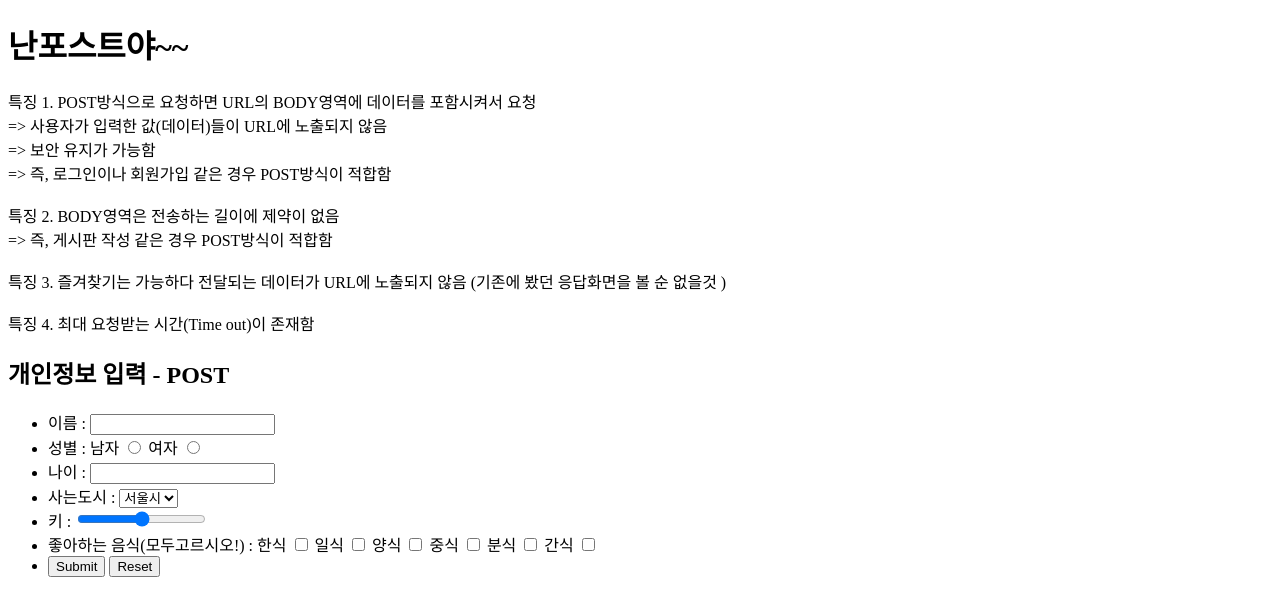
Repository: DonghwanSon1/StudyAndSubwayStore
Page: 1_Servlet/WebContent/view/requestTest_Post.html
An editor plug-in stored every save of this project. The page is shown before and after the next save, followed by the edit.
The browser window is 1280 px wide. The pictures show the whole page.

Above is the page before, as saved 2022-06-02 00:53:02.

After the next save:
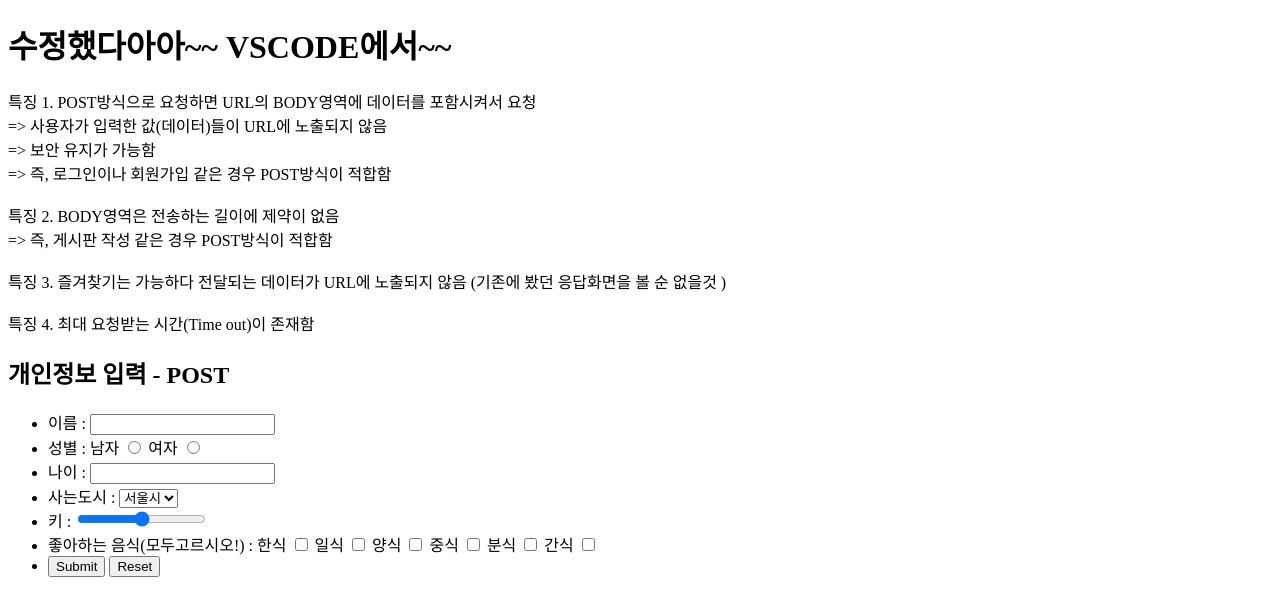
Saved 14 min 8 s later.
--- a/1_Servlet/WebContent/view/requestTest_Post.html
+++ b/1_Servlet/WebContent/view/requestTest_Post.html
@@ -6,7 +6,7 @@
 </head>
 <body>
 
-	<h1>난포스트야~~</h1>
+	<h1>수정했다아아~~ VSCODE에서~~</h1>
 	<p>
 		특징 1. POST방식으로 요청하면 URL의 BODY영역에 데이터를 포함시켜서 요청 <br>
 		=> 사용자가 입력한 값(데이터)들이 URL에 노출되지 않음 <br>
@@ -29,19 +29,19 @@
 	<form action="/1_Servlet/test2.do" method="post">
 		<ul>
 			<li>
-				이름 : <input type="text">
+				이름 : <input type="text" name="name">
 			</li>
 			<li>
 				성별 :
-				남자 <input type="radio" value="M">
-				여자 <input type="radio" value="F">
+				남자 <input type="radio" value="M" name="gender">
+				여자 <input type="radio" value="F" name="gneder">
 			</li>
 			<li>
-				나이 : <input type="number">
+				나이 : <input type="number" name="age">
 			</li>
 			<li>
 				사는도시 :
-				<select>
+				<select name="city">
 					<option>서울시</option>
 					<option>경기도</option>
 					<option>강원도</option>
@@ -52,16 +52,16 @@
 				</select>
 			</li>
 			<li>
-				키 : <input type="range" min="140" max="200">
+				키 : <input type="range" min="140" max="200" name="height">
 			</li>
 			<li>
 				좋아하는 음식(모두고르시오!) :
-				한식 <input type="checkbox" value="한식">
-				일식 <input type="checkbox" value="일식">
-				양식 <input type="checkbox" value="양식">
-				중식 <input type="checkbox" value="중식">
-				분식 <input type="checkbox" value="분식">
-				간식 <input type="checkbox" value="간식">
+				한식 <input type="checkbox" value="한식" name="food">
+				일식 <input type="checkbox" value="일식" name="food">
+				양식 <input type="checkbox" value="양식" name="food">
+				중식 <input type="checkbox" value="중식" name="food">
+				분식 <input type="checkbox" value="분식" name="food">
+				간식 <input type="checkbox" value="간식" name="food">
 			</li>
 			<li>
 				<input type="submit">
